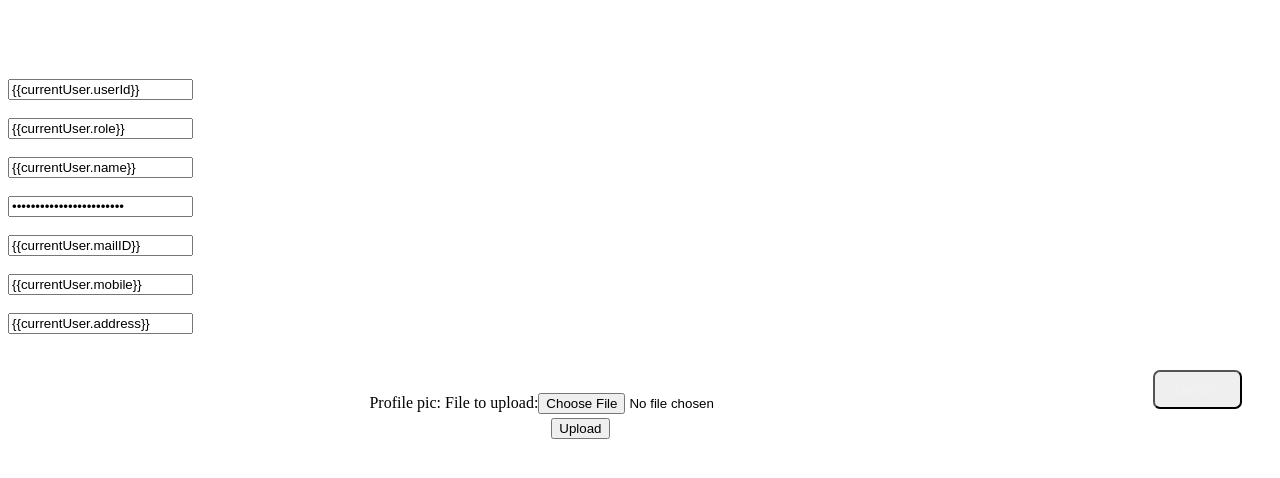
Repository: shailaja1601/collaborative_project
Page: CollabarationFrontEnd/WebContent/user/my_profile.html
These files come from the project's save history. The page is drawn as it stood at one moment and after the next save; the edit follows.
The browser window is 1280 px wide. The pictures show the whole page.

Above is the page before, as saved 2017-02-07 20:13:13.

### CollabarationFrontEnd/WebContent/user/my_profile.html
<head>
<style>

h3,label{
color:white;
}

.panel-body{
margin-top:20px;
 border-radius: 20px;
background-color:rgba(255,255,255,0.1);
}

 .btn {
      padding: 10px 20px;
      color: #f1f1f1;
      border-radius: 7px;
      transition: .2s;
      float:right;
      margin-right:30px;
  }
  .btn:hover, .btn:focus {
      border: 1px solid #333;
      background-color: #66CDAA;
      color: #000;
  }
</style>
</head>
<body>
<div class="container">
<div class="row">
<div class="col-xs-6 col-md-5">
	<div data-ng-controller="UserController as ctrl">

			<div class="panel panel-body">

					<h3>My Profile </h3>

				<div class="formcontainer">
					<form data-ng-submit="ctrl.updateUser()" name="myForm" class="form-horizontal">


							<div class="form-group col-md-12">
								<label class="col-sm-2 control-lable" for="userId">ID</label>
								<div class="col-md-10">
								<!-- data-ng-bind="ctrl.user.userId" -->
									<input type="text"   data-ng-model="currentUser.userId" value={{currentUser.userId}} id="userId"
										class="userid form-control input-sm"
										placeholder="Enter your ID" required data-ng-minlength="3" />
								</div>

						</div>

                           <div class="form-group col-md-12">
								<label class="col-sm-2 control-lable" for="role">Role</label>
								<div class="col-md-10">
									<input type="text"   data-ng-model="currentUser.role" value= {{currentUser.role}} id="role"
										class="userid form-control input-sm"
										required
       data-ng-disabled="true" />
								</div>

						</div>



							<div class="form-group col-md-12">
								<label class="col-sm-2 control-lable" for="name">Name</label>
								<div class="col-md-10">  <!-- data-ng-bind="ctrl.user.name" -->
									<input type="text"  data-ng-model="currentUser.name" value= {{currentUser.name}} id="name"
										class="username form-control input-sm"
										placeholder="Enter your name" required data-ng-minlength="3" />
								</div>
							</div>



							 <div class="form-group col-md-12">
								<label class="col-sm-2 control-lable" for="password">Password</label>
								<div class="col-md-10">
									<input type="password"   data-ng-model="currentUser.password" value= {{currentUser.password}}
										id="password" class="username form-control input-sm"
										placeholder="Enter your password" required data-ng-minlength="3" />
								</div>
							</div>




							 <div class="form-group col-md-12">
								<label class="col-sm-2 control-lable" for="mailID">Email</label>
								<div class="col-md-10">
									<input type="email"   data-ng-model="currentUser.mailID" value= {{currentUser.mailID}} id="mailID"
										class="email form-control input-sm"
										placeholder="Enter your Email" required />

								</div>
							</div>

							<div class="form-group col-md-12">
								<label class="col-sm-2 control-lable" for="mobile">Mobile</label>
								<div class="col-md-10">  <!-- data-ng-bind="ctrl.user.mobile" -->
									<input type="tel"    data-ng-model="currentUser.mobile" value= {{currentUser.mobile}} id="mobile"
										class="mobile form-control input-sm"
										placeholder="Enter your contact number" required />

								</div>
							</div>

							  <div class="form-group col-md-12">
								<label class="col-sm-2 control-lable" for="address">Address</label>
								<div class="col-md-10">
									<input type="text"   width="100" height="50"
									  data-ng-model="currentUser.address"
										 value= {{currentUser.address}} id="address"
										class="form-control input-sm"
										placeholder="Enter your Address." />
								</div>
							</div>
						<br><br>
						<div class="form-actions">
					<button class="btn btn-primary" type="submit">
						<i class="fa fa-user-circle"
							style="font-size: 17px;"></i> <b>Update</b>
					</button>
							</div>
							</form>
					</div>
				</div>
			</div>
</div>
		<div class="col-xs-12 col-sm-6">
		<div class="panel panel-body">
		<div align="center">
        <form method="post" action="http://localhost:8086/CollabarationBackEnd/doUpload" enctype="multipart/form-data">
            <table border="0">
                <tr>
                    <td>Profile pic:</td>
                    <td align="left">
                   File to upload:<input type="file" name="image" path="image" size="50" /></td>
                </tr>

                <tr>
                    <td colspan="2" align="center"><input type="submit" value="Upload" /></td>
                </tr>


            </table>
        </form>
    </div></div>
		</div>
</div>
</div>



</body>

After the next save:
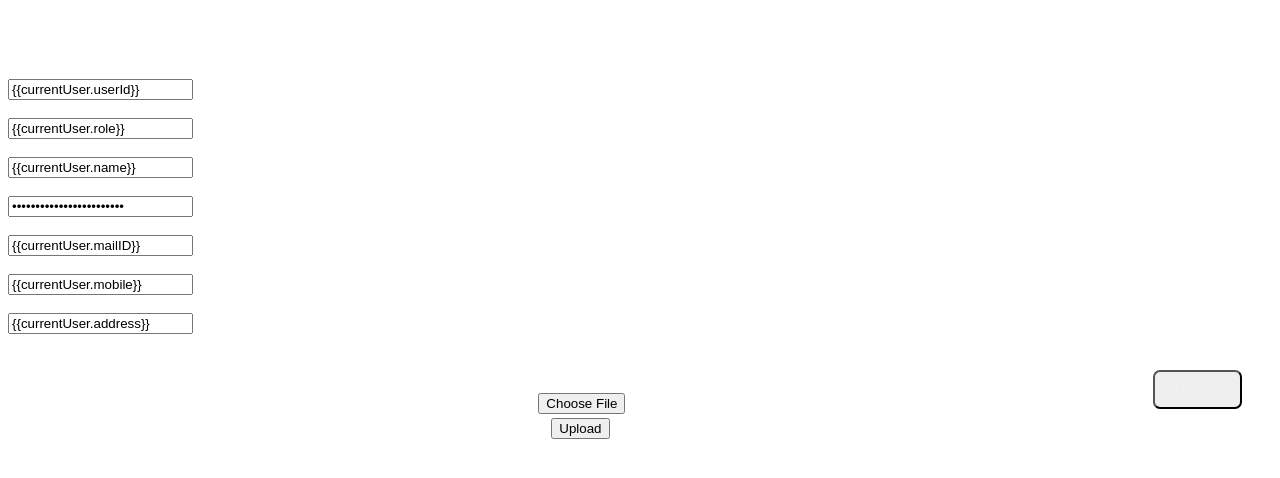
Saved 47 s later.
--- a/CollabarationFrontEnd/WebContent/user/my_profile.html
+++ b/CollabarationFrontEnd/WebContent/user/my_profile.html
@@ -135,8 +135,8 @@ background-color:rgba(255,255,255,0.1);
         <form method="post" action="http://localhost:8086/CollabarationBackEnd/doUpload" enctype="multipart/form-data">
             <table border="0">
                 <tr>
-                    <td>Profile pic:</td>
-                    <td align="left">
+                    <td style="color:white">Profile pic:</td>
+                    <td align="left" style="color:white">
                    File to upload:<input type="file" name="image" path="image" size="50" /></td>
                 </tr>
 
